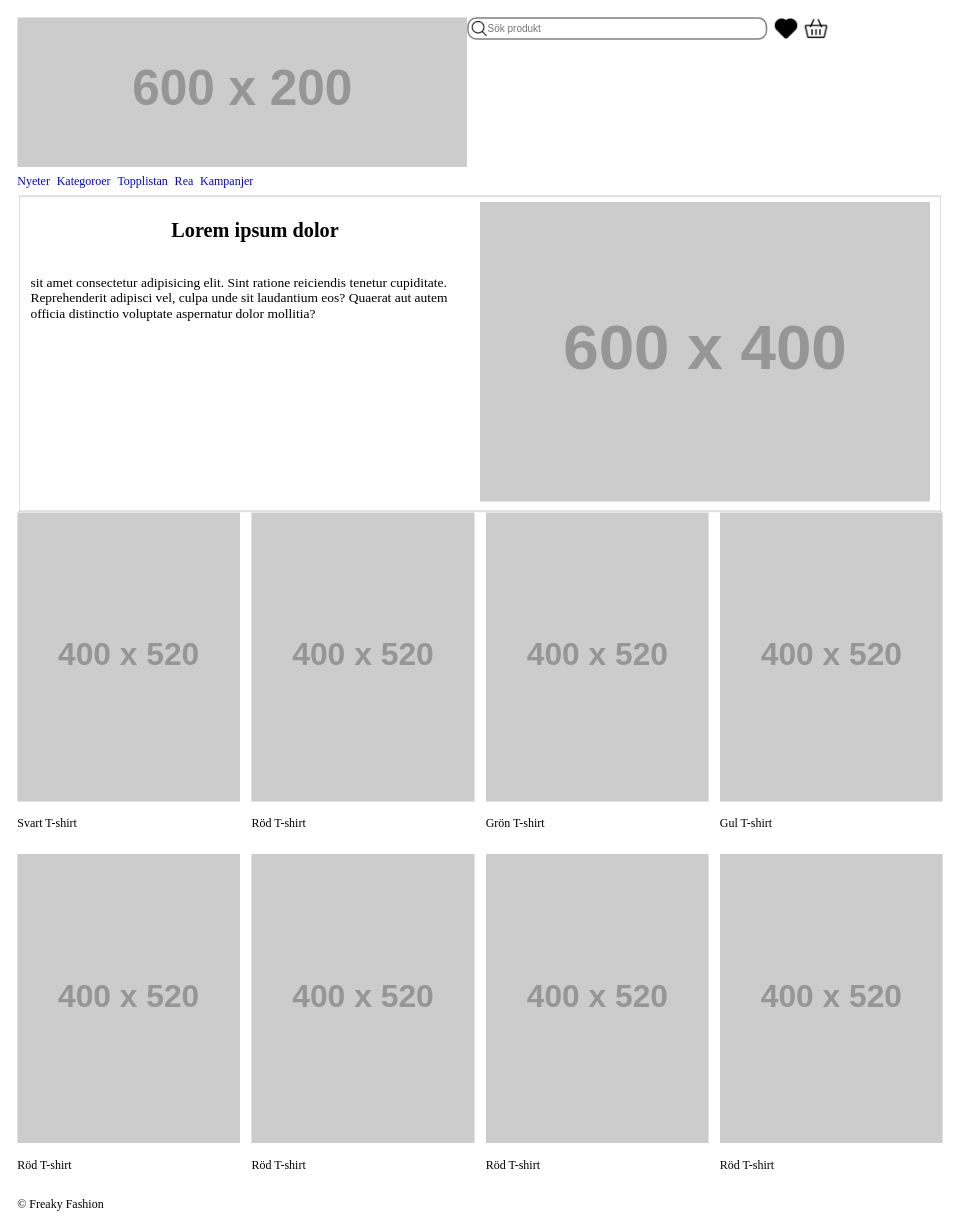
Repository: Kalle1995/project
Page: index.html
An editor plug-in stored every save of this project. The page is shown before and after the next save, followed by the edit.
The browser window is 1280 px wide. The pictures show the whole page, at 75% of full size.

Above is the page before, as saved 2024-10-05 22:13:38.

### index.html
<!DOCTYPE html>
<html lang="sv">

<head>
  <meta charset="UTF-8" />
  <meta name="viewport" content="width=device-width, initial-scale=1.0" />
  <title>Freaky Fashion</title>

  <link rel="stylesheet" href="main.css" />
</head>

<body>
  <header>
    <section>
      <div class="wholeHead">
        <img src="https://placehold.co/600x200 " width="600" height="200" alt="icon" class="icon" />

        <div class="searchAndIcons">
          <input type="search" placeholder="Sök produkt" class="search">
          <div class="headIcons">
            <a href="#"><img src="bilder/full heart.png" alt="favourite"></a>
            <a href="#"><img src="bilder/cart.png" alt="cart"></a>
          </div>
        </div>
      </div>

      <!-- jag behöver fixa att man kan sriva och iconen förvinner -->
      <!-- om, jag har div för input typ så den ta hela raden -->

      <div>
        <nav class="NavList">
          <ul>
            <li class="nav-list-item"><a href="#">Nyeter</a></li>
            <li class="nav-list-item hide-on-mobile ejnav"><a href="#">Kategoroer</a></li>
            <li class="nav-list-item"><a href="#">Topplistan</a></li>
            <li class="nav-list-item"><a href="#">Rea</a></li>
            <li class="nav-list-item"><a href="#">Kampanjer</a></li>
          </ul>
        </nav>
      </div>

      <!-- <dl> och <dt> använda man i detta falet  -->

    </section>
  </header>

  <main>
    <section class="mid">
      <article>
        <fieldset class="head">
          <img class="head-image" src="https://placehold.co/600x400" alt="" class="loremPic">
          <div>
            <h2 class="head-title">Lorem ipsum dolor</h2>
            <p class="head-text">
              <br>sit amet consectetur adipisicing elit. Sint ratione reiciendis tenetur cupiditate. Reprehenderit
              adipisci
              vel, culpa unde sit laudantium eos? Quaerat aut autem officia distinctio voluptate aspernatur dolor
              mollitia?
            </p>
          </div>
        </fieldset>
      </article>
    </section>
    <section class="products">
      <!-- grid container -->
      <div class="product">
        <!-- <img src="bilder/full heart.png" alt=""> -->
        <img class="product-pic" src="https://placehold.co/400x520/png?text=Black+T-shirt" alt="Svart T-shirt" />
        <p>Svart T-shirt</p>
      </div>

      <div class="product">
        <img class="product-pic" src="https://placehold.co/400x520/png?text=Red+T-shirt" alt="" />
        <p>Röd T-shirt</p>
      </div>

      <div class="product">
        <img class="product-pic" src="https://placehold.co/400x520/png?text=Green+T-shirt" alt="" />
        <p>Grön T-shirt</p>
      </div>

      <div class="product">
        <img class="product-pic" src="https://placehold.co/400x520/png?text=Gul+T-shirt" alt="" />
        <p>Gul T-shirt</p>

      </div>

      <div class="product">
        <img class="product-pic" src="https://placehold.co/400x520/png?text=Red+T-shirt" alt="">
        <p>Röd T-shirt</p>
      </div>

      <div class="product">
        <img class="product-pic" src="https://placehold.co/400x520/png?text=Red+T-shirt" alt="">
        <p>Röd T-shirt</p>
      </div>

      <div class="product">
        <img class="product-pic" src="https://placehold.co/400x520/png?text=Red+T-shirt" alt="">
        <p>Röd T-shirt</p>
      </div>

      <div class="product">
        <img class="product-pic" src="https://placehold.co/400x520/png?text=Red+T-shirt" alt="">
        <p>Röd T-shirt</p>
      </div>
    </section>
  </main>

  <br>

  <footer>
    <div class="Company">&copy; Freaky Fashion</div>
  </footer>
</body>

</html>

### main.css
body {
    padding: 15px;
    font-size: 2em;
    display: grid;

}


.head-title {
    text-align: center;
}

.products {
    display: grid;
    gap: 15px;
}

ul {
    list-style-type: none;
    margin: 0;
    padding: 0;

}

.search {
    border: 2px solid gray;
    border-radius: 12px;
    padding: 5px;
    display: inline;
    background-image: url(bilder/search.png);
    background-repeat: no-repeat;
    background-position: 4px;
    padding-left: 25px;

}

.NavList {
    display: block;
    padding-bottom: 10px;
    padding-top: 10px;

}

.hide-on-mobile {
    display: none;
}

.nav-list-item {
    a {
        text-decoration: none;
    }
}

.product-pic {
    width: 100%;
    height: auto;
}

.head {
    display: flex;
    flex-direction: column;
}

.head-image {
    width: 100%;
}

.wholeHead {
    display: flex;
    flex-direction: row;
}

.searchAndIcons {
    display: flex;
    flex-direction: row;
}

.search {
    height: 30px;
    width: 400px;
    margin-right: 10px;
}

.headIcons {
    display: flex;
    gap: 10px;

    img {
        height: 30px;
    }
}

@media (max-width: 640px) {
    .mid {
        position: relative;
        display: block;
        font-size: medium;
    }

    li {
        margin-bottom: 3px;
    }

    .icon {
        width: 100%;
    }

    .wholeHead {
        flex-direction: column;
    }

    .search {
        height: 35px;
        width: 100%;
        max-width: 400px;
    }

    .headIcons {
        margin-right: 0;
        margin-left: auto;

        img {
            height: 35px;
        }
    }
}

@media (min-width: 640px) {
    .products {
        grid-template-columns: repeat(2, 1fr);
    }

    .mid {
        position: relative;
        display: block;
        font-size: large;
    }
}

body {
    font-size: 1.5em;
}

@media (min-width: 1024px) {
    .products {
        grid-template-columns: repeat(4, 1fr);
    }

    body {
        font-size: 1em;
    }

    .listan {
        display: flex;
    }

    li {
        display: inline;
        margin-right: 5px;
    }

    .hide-on-mobile {
        display: inline-block;
    }

    .head {
        flex-direction: row-reverse;
    }
}





/*
    @media (max-width:1024px) {
        .ejnav {
            display: none;
        }

      }
*/



/*
      @media print {
        body {
            font-size: 4em;
        }
        img {
            display: none;
        }
      }
*/



/*
här för Nyproduckt sidan
*/


header>h3 {
    position: absolute;
    left: 10px;
    bottom: auto;
}

.vänster {
    display: grid;
    grid-template-rows: 100%;
    background-color: gray;
}


.liggTill {
    hero-text button: hover
}


/*
kassa sidan
*/

.kassa {
    text-align: center;

}






.buy>button {
    display: grid;
    align-items: center;
    width: 80px;
    height: 30px;
    background-color: rgb(255, 255, 255);
    margin-left: 50%;
    font-weight: bold;
    border-radius: 10px;

}


.no-space {
    margin: 0;
    padding: 0;
    border: none;
    border-top: 1px solid black;
    /* Valfri färg eller stil på linjen */
}


.omOss {
    padding: 15px;
    background-color: rgb(207, 206, 206)
}

.list-container {
    display: inline-flex;
    justify-content: space-between;
    /* Ser till att listorna sprids ut jämnt */
    gap: 150px;
    /* Mellanrum mellan listorna */
}

.list {
    flex: 1;
    /* Gör att listorna tar upp lika mycket plats */
    padding-left: 15px;
}

.list h3 {
    margin-bottom: 20px;
}

.list li {
    list-style-type: none;
    /* ingen punkter i listan */
    padding: 0;
}

.list li ul {
    margin-bottom: 10px;
}




/*
Administration
*/

.AD {
    width: 115%;
    padding-left: 15px;
    margin-left: -25px;
    margin-top: -25px;
    float: left;
    font-style: normal;
    background-color: rgb(0, 0, 0);
    position: relative;
    display: flex;
    color: white;
}

.PR {
    background-color: rgb(209, 209, 208);
    height: auto;
    margin-left: -25px;
    padding-left: 20px;
    margin-right: auto;
    padding-right: 70px;
    padding-top: 15px;
    font-weight: bold;
    position: relative;
}

.AR {
    position: relative;
    ;
    left: 200px;
    top: -40px;

}













/*

.Company{
    text-align: center;
    bottom: auto;
}

After the next save:
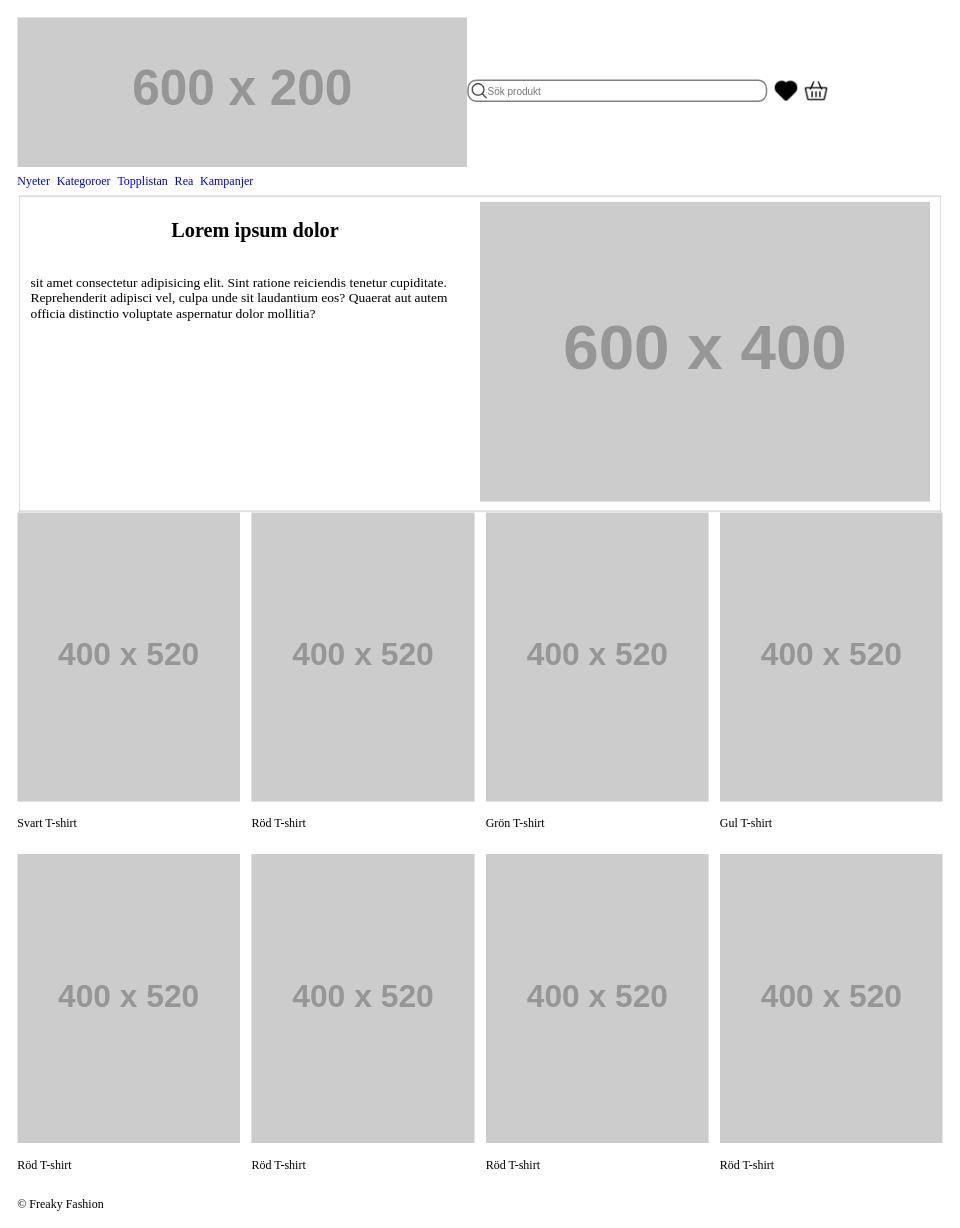
Saved 63 s later.
--- a/main.css
+++ b/main.css
@@ -73,6 +73,8 @@ ul {
 .searchAndIcons {
     display: flex;
     flex-direction: row;
+    margin-top: auto;
+    margin-bottom: auto;
 }
 
 .search {
